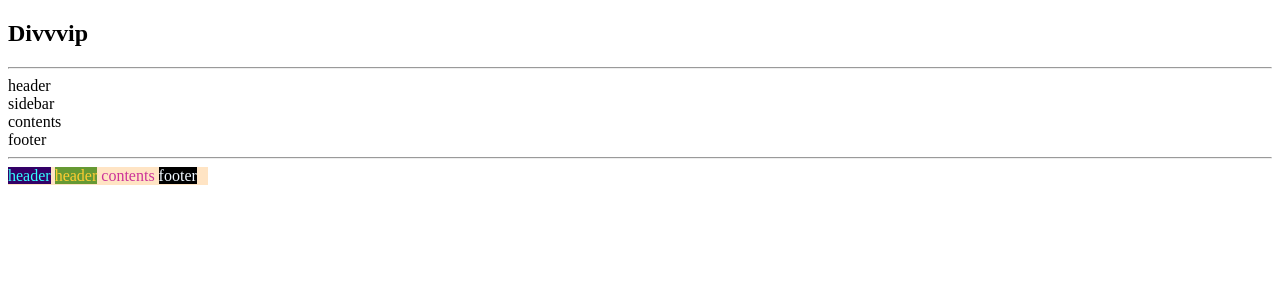
Repository: Leewonhoo/kostaweb
Page: project_div/WebContent/div_sample.html
These files come from the project's save history. The page is drawn as it stood at one moment and after the next save; the edit follows.
The browser window is 1280 px wide. The pictures show the whole page.

Above is the page before, as saved 2017-09-11 05:46:33.

After the next save:
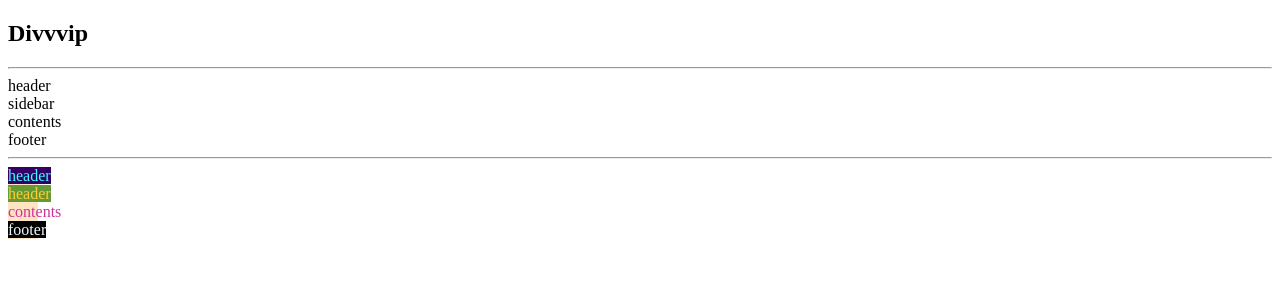
Saved 10 s later.
--- a/project_div/WebContent/div_sample.html
+++ b/project_div/WebContent/div_sample.html
@@ -12,7 +12,7 @@
 	<div>contents</div>
 	<div>footer</div>
 	<hr>
-	<div style="width: 200px; background-color: #ffe4c4">
+	<div style="width: 30px; background-color: #ffe4c4">
 		<span style="color: #33ffff; background-color: #330066;">header</span>
 		<span style="background-color: #669933; width: 100px; color: #ffcc33">header</span>
 		<span style="color: #cc3399">contents</span>
